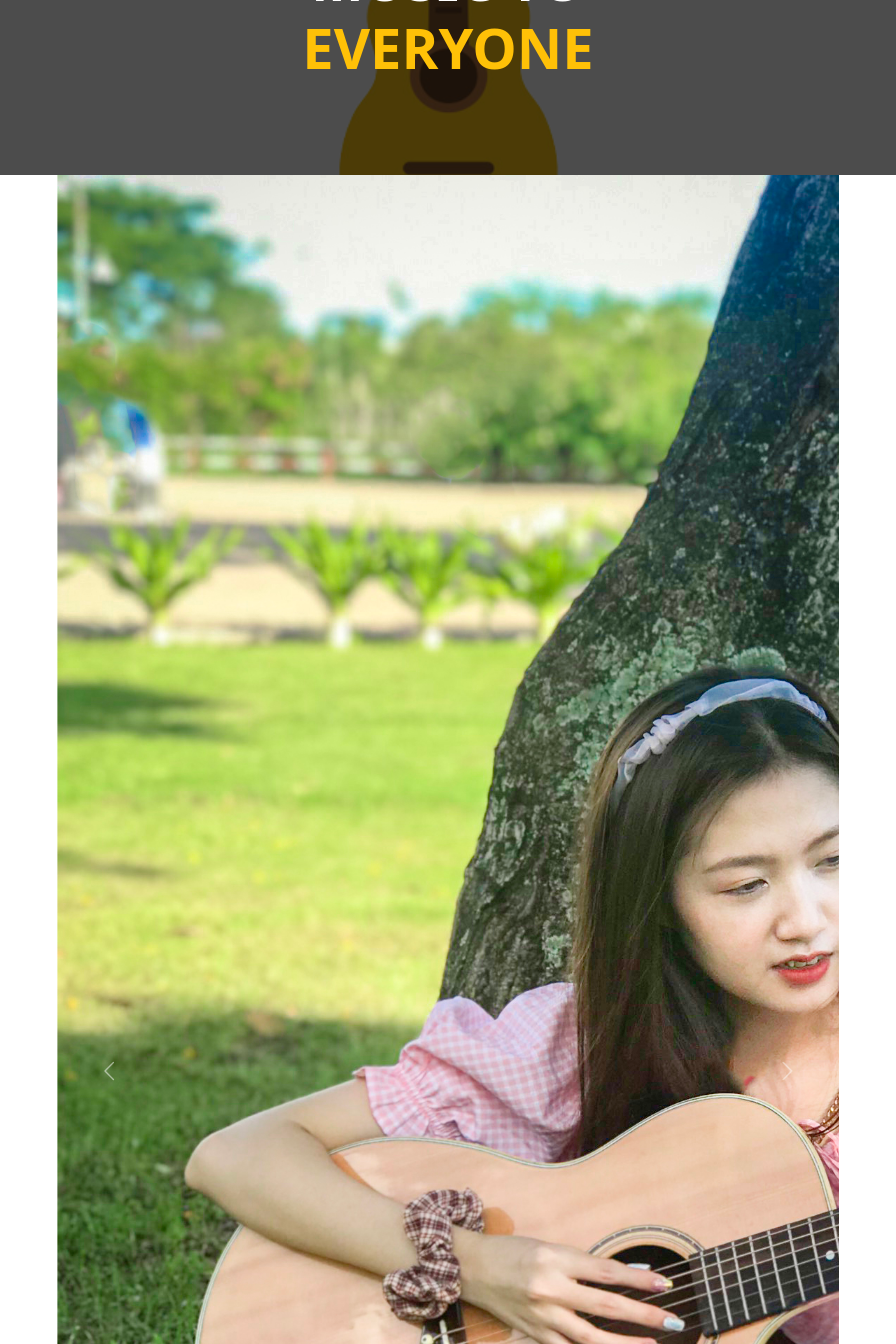
Repository: HoangDuy315/guitar
Page: index.html
The author's editor kept a copy of each file at every save. The page is drawn from the files as they stood at one save, then again after the next save.
The browser window is 1280 px wide. The pictures show the part of the page from y = 300 to 2220 px (the page is 7046 px tall before and 4957 px after), at 70% of full size.
Some web libraries are served in a nearby version.

Above is the page before, as saved 2022-09-16 15:07:26.

After the next save:
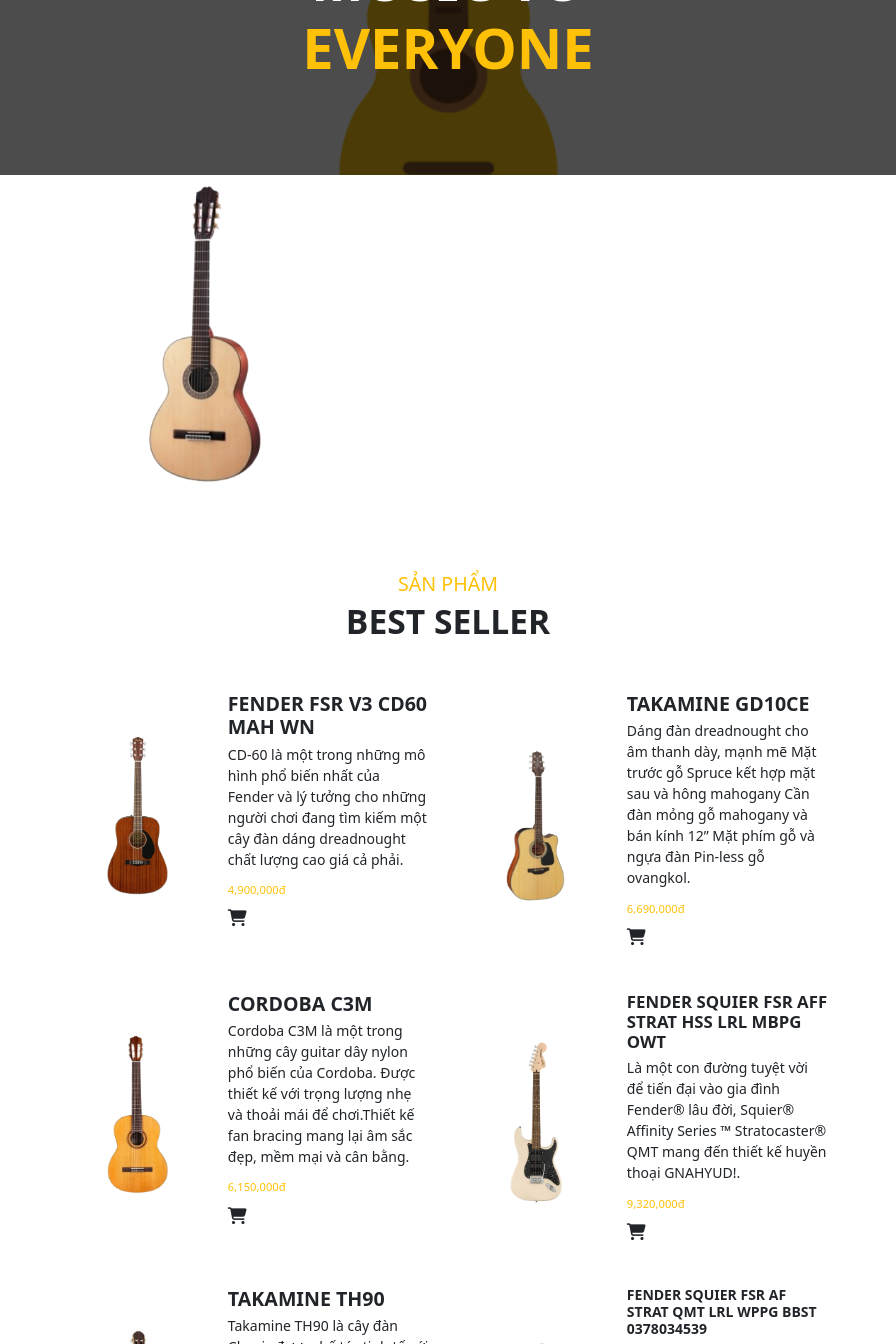
Saved 10 s later.
--- a/index.html
+++ b/index.html
@@ -74,7 +74,7 @@
             </div>
             <div class="carousel-inner">
               <div class="carousel-item active">
-                <img src="./assets/about1.png" class="d-block w-15 h15" alt="...">
+                <img src="./assets/cl5.png" class="d-block w-15 h15" alt="...">
                 <div class="carousel-caption d-none d-md-block">
                   <h5>First slide label</h5>
                   <p>Some representative placeholder content for the first slide.</p>
